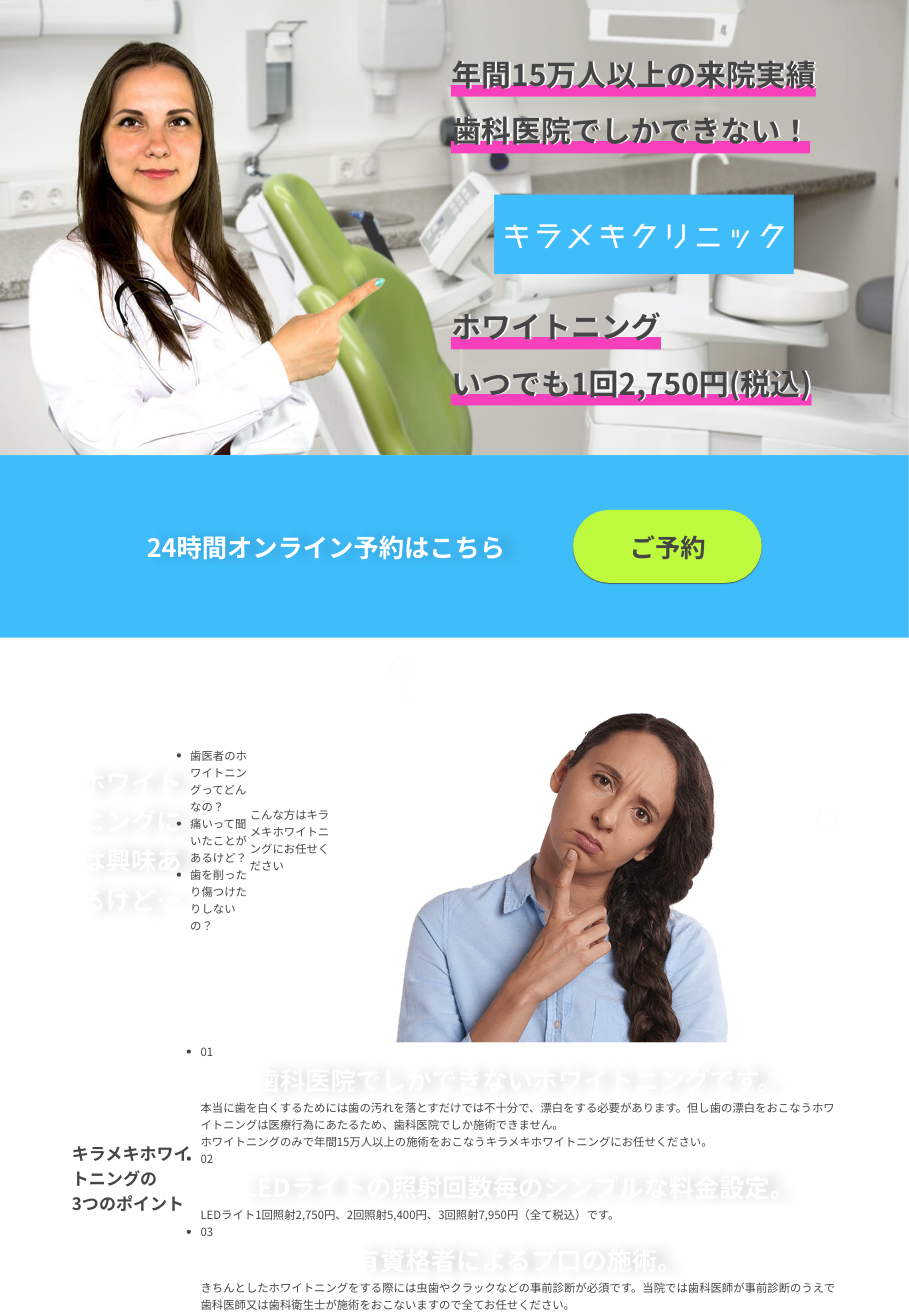
Repository: ryu-nuno/tech_academy_subwork
Page: first/index.html
The author's editor kept a record of every edit. The page is drawn from the files as they stood at one moment, then again after the next edit.
The browser window is 1280 px wide. The pictures show the whole page, at 71% of full size.
Some web libraries are served in a nearby version.

Above is the page before.

After the next edit:
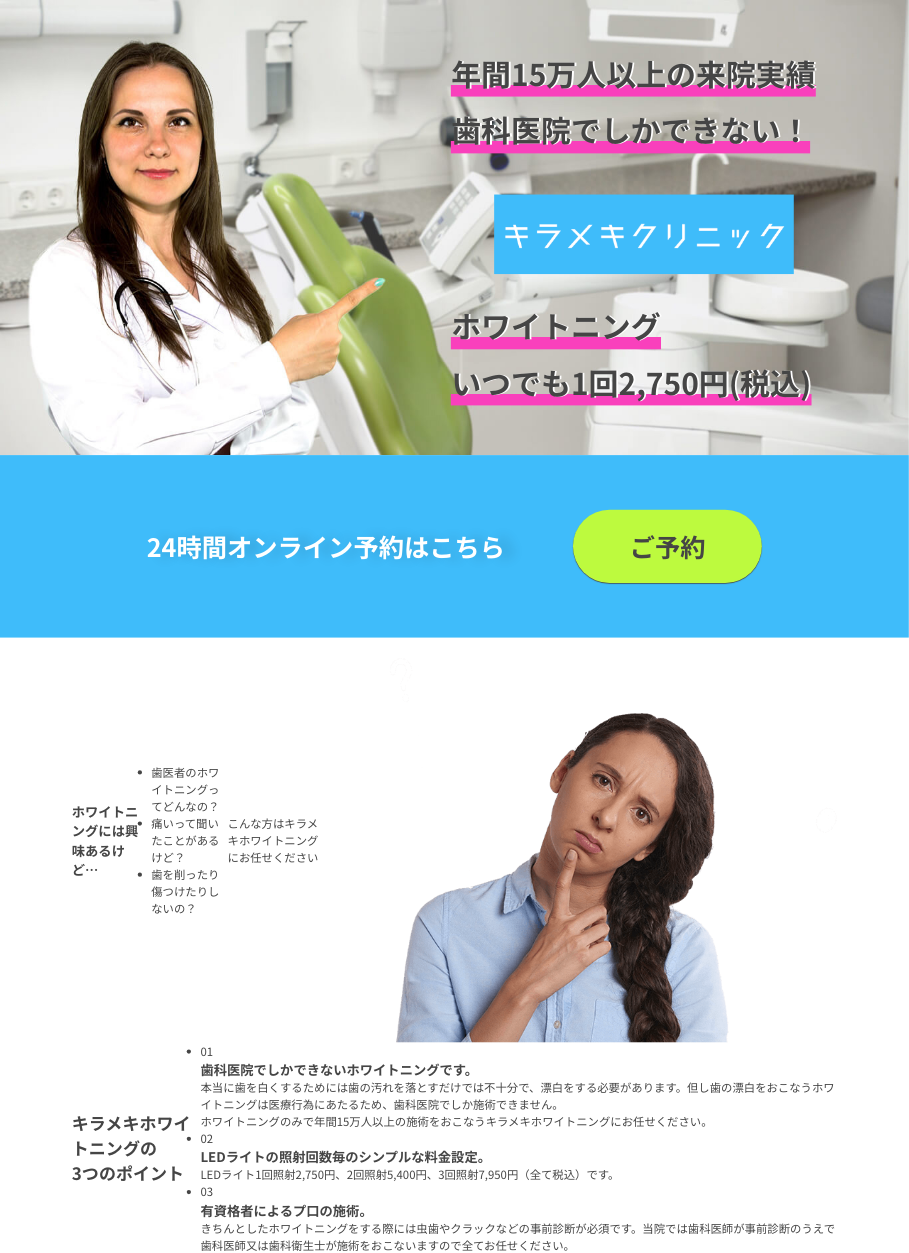
The edit:
--- a/first/css/style.css
+++ b/first/css/style.css
@@ -73,7 +73,7 @@
     gap: 6rem;
 }
 
-.contents_width h3{
+.contact .contents_width h3{
  font-size: 2.7818vw;
  color: #FFFFFF;
  line-height: calc(59 / 38);
